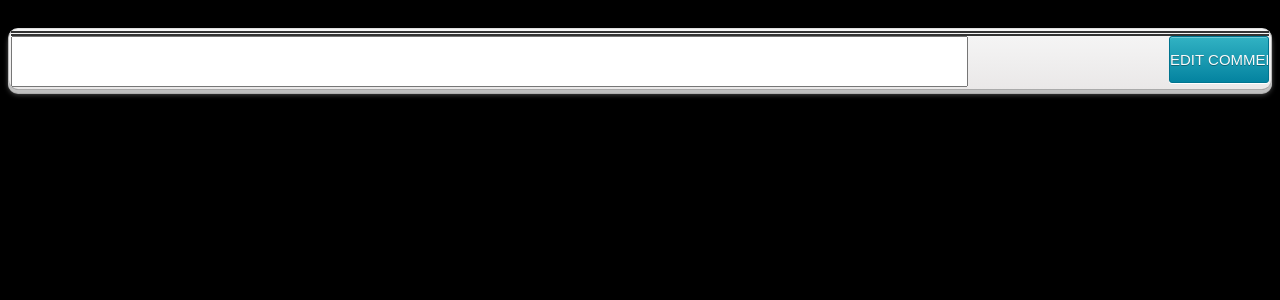
Repository: SuvakovSrdjan/WebForum
Page: http://localhost/Simple-web-forum/EditComment.jsp
The author's editor kept a copy of each file at every save. The page is drawn from the files as they stood at one save, then again after the next save.
The browser window is 1280 px wide. The pictures show the whole page.
The page is served by Tomcat 9. Other server files are loaded and not shown.

Above is the page before, as saved 2017-09-18 19:37:31.

### Simple-web-forum/WebContent/EditComment.jsp
<%@ page language="java" contentType="text/html; charset=UTF-8"
    pageEncoding="UTF-8"%>
<%@taglib uri="http://java.sun.com/jsp/jstl/core" prefix="c"%>
<!DOCTYPE html PUBLIC "-//W3C//DTD HTML 4.01 Transitional//EN" "http://www.w3.org/TR/html4/loose.dtd">
<html>
<head>
<meta http-equiv="Content-Type" content="text/html; charset=UTF-8">
<title>Infinite Comment</title>
<link rel="stylesheet" type="text/css" href="WEB-SRC/StyleSettingsMainPage.css">
</head>
<body>

<form style="padding-top: 20px;" name="msgForm"  method="post" action="InfiniteCommentServlet">
	<table>
		<tr>
			<td colspan = "2"><textarea style="resize: none;" rows="3" cols="117" name="commentText"></textarea><input type="submit" name="addComment" value="Edit Comment" id="submit"></td>
		</tr>
	</table>
</form>

</body>
</html>

### Simple-web-forum/WebContent/WEB-SRC/StyleSettingsMainPage.css
@charset "UTF-8";
body {
	background-color: activecaption;
	font: 12px Lucida sans, Arial, Helvetica, sans-serif;
	color: #333;
	text-align: center;
}

h1 {
	color: white;
}
img{
	width: 50px;
	height: 50px;
	white-space: -o-pre-wrap;
    word-wrap: break-word;
    white-space: pre-wrap;
    white-space: -moz-pre-wrap;
    white-space: -pre-wrap;
}
ul {
	list-style-type:none;
    background-color: #444444;
	background-image: -webkit-gradient(linear, left top, left bottom, from(#444444), to(#eae8e8));
	background-image: -webkit-linear-gradient(top, #f6f6f6, #eae8e8);
	background-image: -moz-linear-gradient(top, #444444, #eae8e8);
	background-image: -ms-linear-gradient(top, #f6f6f6, #eae8e8);
	background-image: -o-linear-gradient(top, #f6f6f6, #eae8e8);
	background-image: linear-gradient(top, #f6f6f6, #eae8e8);
	border-color: #dedede #bababa #aaa #bababa;
	border-style: solid;
	border-width: 1px;
	-webkit-border-radius: 10px;
	-moz-border-radius: 10px;
	border-radius: 10px;
	-webkit-box-shadow: 0 3px 3px rgba(255,255,255,.1), 0 3px 0 #bbb, 0 4px 0 #aaa, 0 5px 5px #444;
	-moz-box-shadow: 0 3px 3px rgba(255,255,255,.1), 0 3px 0 #bbb, 0 4px 0 #aaa, 0 5px 5px #444;
	box-shadow: 0 3px 3px rgba(255,255,255,.1), 0 3px 0 #bbb, 0 4px 0 #aaa, 0 5px 5px #444;




    overflow: auto; /* Enable scrolling if the sidenav has too much content */
}
li {
   float: left;
   background-color: #444444;
	background-image: -webkit-gradient(linear, left top, left bottom, from(#444444), to(#eae8e8));
	background-image: -webkit-linear-gradient(top, #f6f6f6, #eae8e8);
	background-image: -moz-linear-gradient(top, #444444, #eae8e8);
	background-image: -ms-linear-gradient(top, #f6f6f6, #eae8e8);
	background-image: -o-linear-gradient(top, #f6f6f6, #eae8e8);
	background-image: linear-gradient(top, #f6f6f6, #eae8e8);
	border-color: #dedede #bababa #aaa #bababa;
	border-style: solid;
	border-width: 1px;
	-webkit-border-radius: 10px;
	-moz-border-radius: 10px;
	border-radius: 10px;
	-webkit-box-shadow: 0 3px 3px rgba(255,255,255,.1), 0 3px 0 #bbb, 0 4px 0 #aaa, 0 5px 5px #444;
	-moz-box-shadow: 0 3px 3px rgba(255,255,255,.1), 0 3px 0 #bbb, 0 4px 0 #aaa, 0 5px 5px #444;
	box-shadow: 0 3px 3px rgba(255,255,255,.1), 0 3px 0 #bbb, 0 4px 0 #aaa, 0 5px 5px #444;

	overflow: hidden;
	padding: 0px;
}
li:last-child {
    border-right-style: none;
    border-left-style: inset;
    border-left-color: #111111;
    float:right;
}
a {
    display: block;
    padding: 17px;
    background-color: #333333;
}

table{
	list-style-type: circle;
    background-color: #444444;
	background-image: -webkit-gradient(linear, left top, left bottom, from(#444444), to(#eae8e8));
	background-image: -webkit-linear-gradient(top, #f6f6f6, #eae8e8);
	background-image: -moz-linear-gradient(top, #444444, #eae8e8);
	background-image: -ms-linear-gradient(top, #f6f6f6, #eae8e8);
	background-image: -o-linear-gradient(top, #f6f6f6, #eae8e8);
	background-image: linear-gradient(top, #f6f6f6, #eae8e8);
	border-color: #dedede #bababa #aaa #bababa;
	border-style: solid;
	border-width: 1px;
	-webkit-border-radius: 10px;
	-moz-border-radius: 10px;
	border-radius: 10px;
	-webkit-box-shadow: 0 3px 3px rgba(255,255,255,.1), 0 3px 0 #bbb, 0 4px 0 #aaa, 0 5px 5px #444;
	-moz-box-shadow: 0 3px 3px rgba(255,255,255,.1), 0 3px 0 #bbb, 0 4px 0 #aaa, 0 5px 5px #444;
	box-shadow: 0 3px 3px rgba(255,255,255,.1), 0 3px 0 #bbb, 0 4px 0 #aaa, 0 5px 5px #444;
	table-layout: fixed;
	width: 100%;



    overflow: auto; /* Enable scrolling if the sidenav has too much content */
}

 td {
 	background-color: light-yellow;
 	Width: auto;
	Height: auto;
    border-style: none;
    border-top: thick double #333333;
	color: black;
	font-size: medium;
	text-align: left;
	white-space: -o-pre-wrap;
    word-wrap: break-word;
    white-space: pre-wrap;
    white-space: -moz-pre-wrap;
    white-space: -pre-wrap;
    padding: 0px;
 }
 td:img {
 	background-color: light-yellow;
 	Width: 250px;
	Height: 250px;
    border-style: none;
    border-top: thick double #333333;
	color: black;
	font-size: medium;
	text-align: left;
	white-space: -o-pre-wrap;
    word-wrap: break-word;
    white-space: pre-wrap;
    white-space: -moz-pre-wrap;
    white-space: -pre-wrap;
    padding: 0px;
 }
th {
 	background-color: light-yellow;
 	Width: auto;
	Height: auto;
	font-size: large;
    border-style: none;
    padding: 0px;
 }

header {
    background-color: #84e3e9;
    padding: 20px 0;
    padding-left:50px;
	padding-right:50px;
}
a:link {
    color: white;
    text-decoration: none;
    font-style: oblique;
}

/* visited link */
a:visited {
    color: white;
    text-decoration: none;
    font-style: oblique;
}

/* mouse over link */
a:hover {
    background-color: #31b2c3;
	background-image: -webkit-gradient(linear, left top, left bottom, from(#0483a0), to(#31b2c3));
	background-image: -webkit-linear-gradient(top, #0483a0, #31b2c3);
	background-image: -moz-linear-gradient(top, #0483a0, #31b2c3);
	background-image: -ms-linear-gradient(top, #0483a0, #31b2c3);
	background-image: -o-linear-gradient(top, #0483a0, #31b2c3);
	background-image: linear-gradient(top, #0483a0, #31b2c3);
}

/* selected link */
a:active {
    -webkit-box-shadow: 0 1px 4px rgba(0, 0, 0, 0.5) inset;
	-moz-box-shadow: 0 1px 4px rgba(0, 0, 0, 0.5) inset;
	box-shadow: 0 1px 4px rgba(0, 0, 0, 0.5) inset;
	outline: 0;
}


.form-wrapper {
	background-color: #444444;
	background-image: -webkit-gradient(linear, left top, left bottom, from(#444444), to(#eae8e8));
	background-image: -webkit-linear-gradient(top, #f6f6f6, #eae8e8);
	background-image: -moz-linear-gradient(top, #444444, #eae8e8);
	background-image: -ms-linear-gradient(top, #f6f6f6, #eae8e8);
	background-image: -o-linear-gradient(top, #f6f6f6, #eae8e8);
	background-image: linear-gradient(top, #f6f6f6, #eae8e8);
	border-color: #dedede #bababa #aaa #bababa;
	border-style: solid;
	border-width: 1px;
	-webkit-border-radius: 10px;
	-moz-border-radius: 10px;
	border-radius: 10px;
	-webkit-box-shadow: 0 3px 3px rgba(255,255,255,.1), 0 3px 0 #bbb, 0 4px 0 #aaa, 0 5px 5px #444;
	-moz-box-shadow: 0 3px 3px rgba(255,255,255,.1), 0 3px 0 #bbb, 0 4px 0 #aaa, 0 5px 5px #444;
	box-shadow: 0 3px 3px rgba(255,255,255,.1), 0 3px 0 #bbb, 0 4px 0 #aaa, 0 5px 5px #444;

	overflow: hidden;
	padding: 2px;
	width: 450px;
}

.form-wrapper #search {
	border: 1px solid #;
	-webkit-box-shadow: 0 1px 1px #ddd inset, 0 1px 0 #FFF;
	-moz-box-shadow: 0 1px 1px #ddd inset, 0 1px 0 #FFF;
	box-shadow: 0 1px 1px #ddd inset, 0 1px 0 #FFF;
	-webkit-border-radius: 3px;
	-moz-border-radius: 3px;
	border-radius: 3px;
  color: #999;
	float: left;
	font: 16px Lucida Sans, Trebuchet MS, Tahoma, sans-serif;
	height: 12px;
	padding: 10px;
	width: 320px;
}
form{
	float: left;
}

.form-wrapper #search:focus {
	border-color: #aaa;
	-webkit-box-shadow: 0 1px 1px #bbb inset;
	-moz-box-shadow: 0 1px 1px #bbb inset;
	box-shadow: 0 1px 1px #bbb inset;
	outline: 0;
}

.form-wrapper #search:-moz-placeholder,
.form-wrapper #search:-ms-input-placeholder,
.form-wrapper #search::-webkit-input-placeholder {
	color: #999;
	font-weight: normal;
}

.form-wrapper #submit {
	background-color: #0483a0;
	background-image: -webkit-gradient(linear, left top, left bottom, from(#31b2c3), to(#0483a0));
	background-image: -webkit-linear-gradient(top, #31b2c3, #0483a0);
	background-image: -moz-linear-gradient(top, #31b2c3, #0483a0);
	background-image: -ms-linear-gradient(top, #31b2c3, #0483a0);
	background-image: -o-linear-gradient(top, #31b2c3, #0483a0);
	background-image: linear-gradient(top, #31b2c3, #0483a0);
	border: 1px solid #00748f;
	-moz-border-radius: 3px;
	-webkit-border-radius: 3px;
	border-radius: 3px;
	-webkit-box-shadow: 0 1px 0 rgba(255, 255, 255, 0.3) inset, 0 1px 0 #FFF;
	-moz-box-shadow: 0 1px 0 rgba(255, 255, 255, 0.3) inset, 0 1px 0 #FFF;
	box-shadow: 0 1px 0 rgba(255, 255, 255, 0.3) inset, 0 1px 0 #FFF;
	color: #fafafa;
	cursor: pointer;
	height: 42px;
	float: right;
	font: 15px Arial, Helvetica;
	padding: 0;
	text-transform: uppercase;
	text-shadow: 0 1px 0 rgba(0, 0 ,0, .3);
	width: 100px;
}

.form-wrapper #submit:hover,
.form-wrapper #submit:focus {
	background-color: #31b2c3;
	background-image: -webkit-gradient(linear, left top, left bottom, from(#0483a0), to(#31b2c3));
	background-image: -webkit-linear-gradient(top, #0483a0, #31b2c3);
	background-image: -moz-linear-gradient(top, #0483a0, #31b2c3);
	background-image: -ms-linear-gradient(top, #0483a0, #31b2c3);
	background-image: -o-linear-gradient(top, #0483a0, #31b2c3);
	background-image: linear-gradient(top, #0483a0, #31b2c3);
}

.form-wrapper #submit:active {
	-webkit-box-shadow: 0 1px 4px rgba(0, 0, 0, 0.5) inset;
	-moz-box-shadow: 0 1px 4px rgba(0, 0, 0, 0.5) inset;
	box-shadow: 0 1px 4px rgba(0, 0, 0, 0.5) inset;
	outline: 0;
}

.form-wrapper #submit::-moz-focus-inner {
	border: 0;
}

form #submit {
	background-color: #0483a0;
	background-image: -webkit-gradient(linear, left top, left bottom, from(#31b2c3), to(#0483a0));
	background-image: -webkit-linear-gradient(top, #31b2c3, #0483a0);
	background-image: -moz-linear-gradient(top, #31b2c3, #0483a0);
	background-image: -ms-linear-gradient(top, #31b2c3, #0483a0);
	background-image: -o-linear-gradient(top, #31b2c3, #0483a0);
	background-image: linear-gradient(top, #31b2c3, #0483a0);
	border: 1px solid #00748f;
	-moz-border-radius: 3px;
	-webkit-border-radius: 3px;
	border-radius: 3px;
	-webkit-box-shadow: 0 1px 0 rgba(255, 255, 255, 0.3) inset, 0 1px 0 #FFF;
	-moz-box-shadow: 0 1px 0 rgba(255, 255, 255, 0.3) inset, 0 1px 0 #FFF;
	box-shadow: 0 1px 0 rgba(255, 255, 255, 0.3) inset, 0 1px 0 #FFF;
	color: #fafafa;
	cursor: pointer;
	height: 47px;
	float: right;
	font: 15px Arial, Helvetica;
	padding: 0px;
	text-transform: uppercase;
	text-shadow: 0 1px 0 rgba(0, 0 ,0, .3);
	width: 100px;
}

form #submit:hover,
form #submit:focus {
	background-color: #31b2c3;
	background-image: -webkit-gradient(linear, left top, left bottom, from(#0483a0), to(#31b2c3));
	background-image: -webkit-linear-gradient(top, #0483a0, #31b2c3);
	background-image: -moz-linear-gradient(top, #0483a0, #31b2c3);
	background-image: -ms-linear-gradient(top, #0483a0, #31b2c3);
	background-image: -o-linear-gradient(top, #0483a0, #31b2c3);
	background-image: linear-gradient(top, #0483a0, #31b2c3);
}

form #submit:active {
	-webkit-box-shadow: 0 1px 4px rgba(0, 0, 0, 0.5) inset;
	-moz-box-shadow: 0 1px 4px rgba(0, 0, 0, 0.5) inset;
	box-shadow: 0 1px 4px rgba(0, 0, 0, 0.5) inset;
	outline: 0;
}

form #submit::-moz-focus-inner {
	border: 0;
}

After the next save:
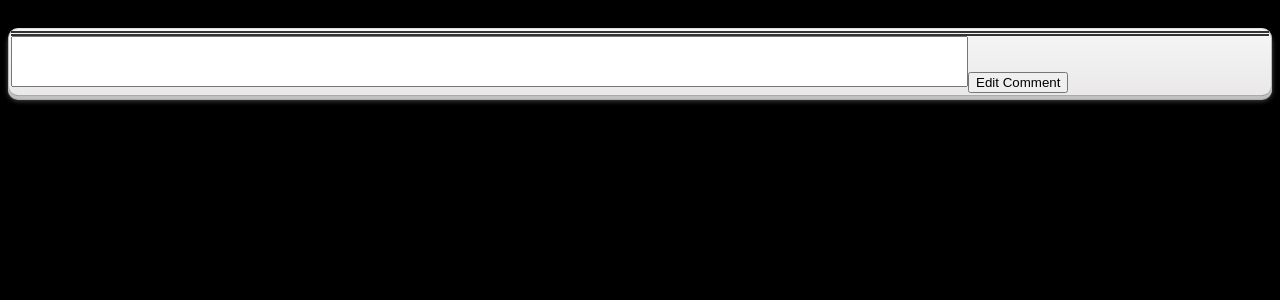
Saved 14 s later.
--- a/Simple-web-forum/WebContent/EditComment.jsp
+++ b/Simple-web-forum/WebContent/EditComment.jsp
@@ -13,7 +13,7 @@
 <form style="padding-top: 20px;" name="msgForm"  method="post" action="InfiniteCommentServlet">
 	<table>
 		<tr>
-			<td colspan = "2"><textarea style="resize: none;" rows="3" cols="117" name="commentText"></textarea><input type="submit" name="addComment" value="Edit Comment" id="submit"></td>
+			<td colspan = "2"><textarea style="resize: none;" rows="3" cols="117" name="commentText"></textarea><input type="submit" name="addComment" value="Edit Comment" ></td>
 		</tr>
 	</table>
 </form>
